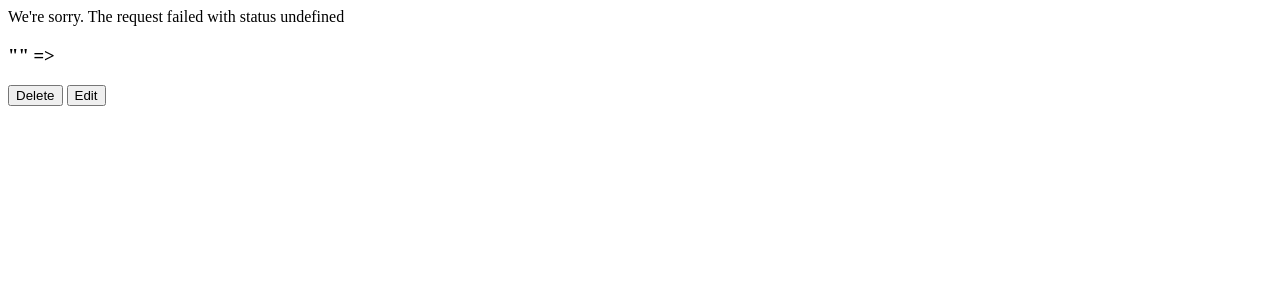
Repository: Toni95/workspace
Page: curs15-Promises-Homework/index.html
The author's editor kept a record of every edit. The page is drawn from the files as they stood at one moment, then again after the next edit.
The browser window is 1280 px wide. The pictures show the whole page.
The page's requests for data from a server got no answer. Some web libraries are served in a nearby version.

Above is the page before.

### curs15-Promises-Homework/index.html
<!DOCTYPE html>
<html lang="en">
<head>
    <title>Promises</title>
    <script src="https://code.jquery.com/jquery-3.2.1.min.js"
            integrity="sha256-hwg4gsxgFZhOsEEamdOYGBf13FyQuiTwlAQgxVSNgt4="
            crossorigin="anonymous"></script>
    <script type="text/javascript" src="js/script-fetch.js"></script>
</head>
<body>
   <div id="articles"></div>

   <div id="template">
       <h3 class="article-header">
           "<span class="joke-id"></span>" => <span class="article-title"></span>
       </h3>
       <p class="joke"></p>
       <p class="article-comments"></p>
       <div>
           <input type="submit" class="article-delete" value="Delete" />
           <input type="submit" class="article-edit" value="Edit" />
       </div>
   </div>
</body>
</html>

### curs15-Promises-Homework/js/script-fetch.js

$(onHtmlLoaded);

function onHtmlLoaded() {
    var jokesRootUrl = "https://api.icndb.com/jokes";

   getJokesFromApi(jokesRootUrl)

        .then(get10Jokes, displayError)
        .then(function(response) {
            console.log('2', response.length);  // 2 30 => 2 10
            displayJokes(response, jokesRootUrl);
            return 1726;
        })
        .then(function(response2) {
            x.a = 2; /* global x */
            console.log(response2); // 1726
        })
        .catch(console.log);
}

function getJokesFromApi(jokesRootUrl) {
     var futureResponseFromAPI = fetch(jokesRootUrl, {
         method: 'GET'
     }).then(function(response) {
         return response.json();
     });

     return futureResponseFromAPI
     .then(function(j) {
         console.log('1', j.value.length);  // 1 100

         var jokes = j.value.slice(0, 30);
         return jokes;
     });
}

function get10Jokes(jokes) {
    return jokes.slice(0, 10);
}

function displayJokes(jokes, jokesRootUrl) {

    var template = document.getElementById("template");
    var jokesContainer = document.getElementById("jokes");

    for (var i = 0; i < 10; i++) {

        var jokeClone = template.cloneNode(true);
        jokeClone.id = "joke_" + jokes[i].id;

        var jokeId = jokeClone.querySelector(".joke-id");
        jokeId.innerHTML = jokes[i].id + ". " + jokes[i].joke;

        jokesContainer.appendChild(jokeClone);
    }
}

function displayError(jqXHR, textStatus, errorThrown) {
    console.log(jqXHR, textStatus, errorThrown);
    var articlesContainer = document.getElementById("articles");
    articlesContainer.innerHTML =
    "We're sorry. The request failed with status " + jqXHR.status;
}

After the next edit:
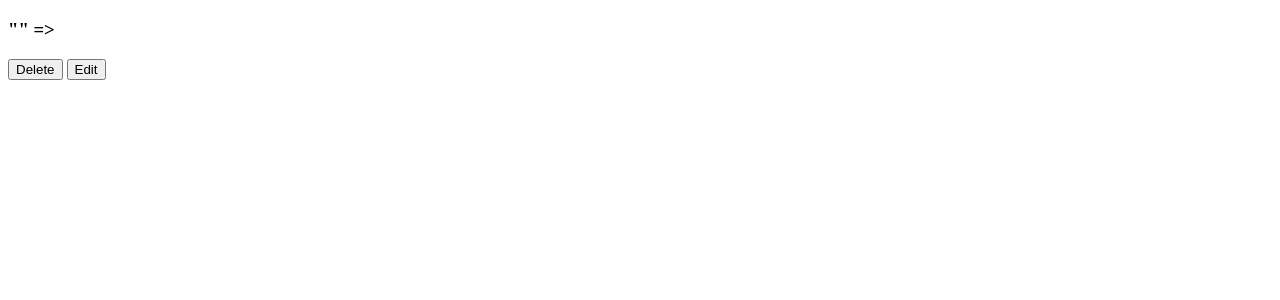
The edit:
--- a/curs15-Promises-Homework/js/script-fetch.js
+++ b/curs15-Promises-Homework/js/script-fetch.js
@@ -58,7 +58,7 @@
 
 function displayError(jqXHR, textStatus, errorThrown) {
     console.log(jqXHR, textStatus, errorThrown);
-    var articlesContainer = document.getElementById("articles");
-    articlesContainer.innerHTML =
+    var jokesContainer = document.getElementById("jokes");
+    jokesContainer.innerHTML =
     "We're sorry. The request failed with status " + jqXHR.status;
 }
